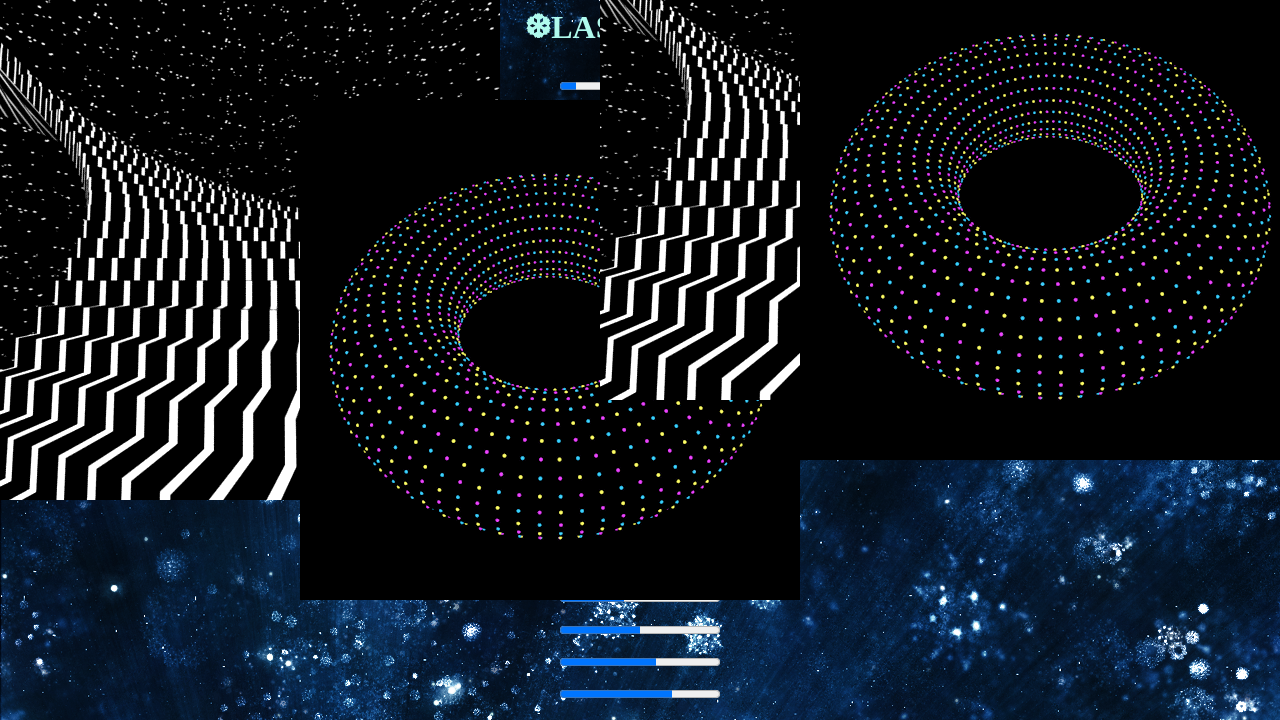
Repository: hanj291/hanj291.github.io
Page: CSS_composition/page5.html
The author's editor kept a record of every edit. The page is drawn from the files as they stood at one moment, then again after the next edit.
The browser window is 1280 px wide. The pictures show the whole page.

Above is the page before.

After the next edit:
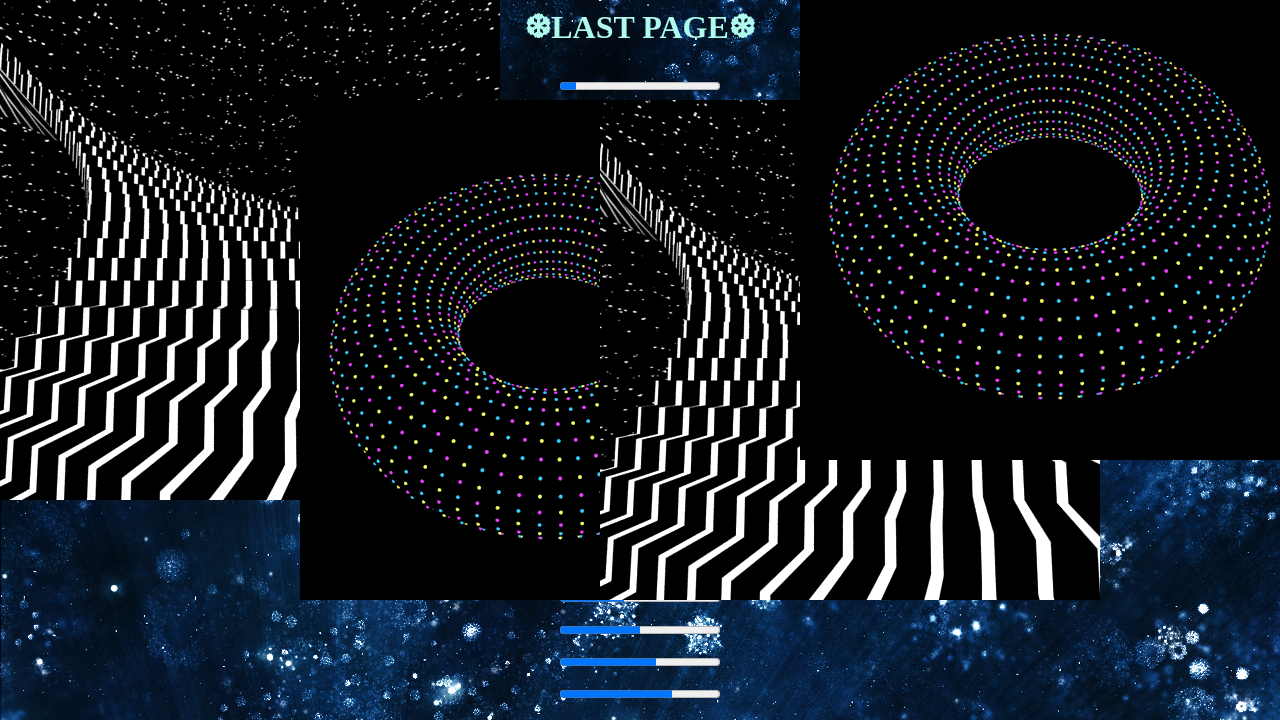
The edit:
--- a/CSS_composition/page5css.css
+++ b/CSS_composition/page5css.css
@@ -27,7 +27,7 @@
     height: 500px;
     position: absolute;
     left:600px;
-    top: -100px;
+    top: 100px;
     z-index: 1;
     background-image: url(image/cc.gif);
 }
